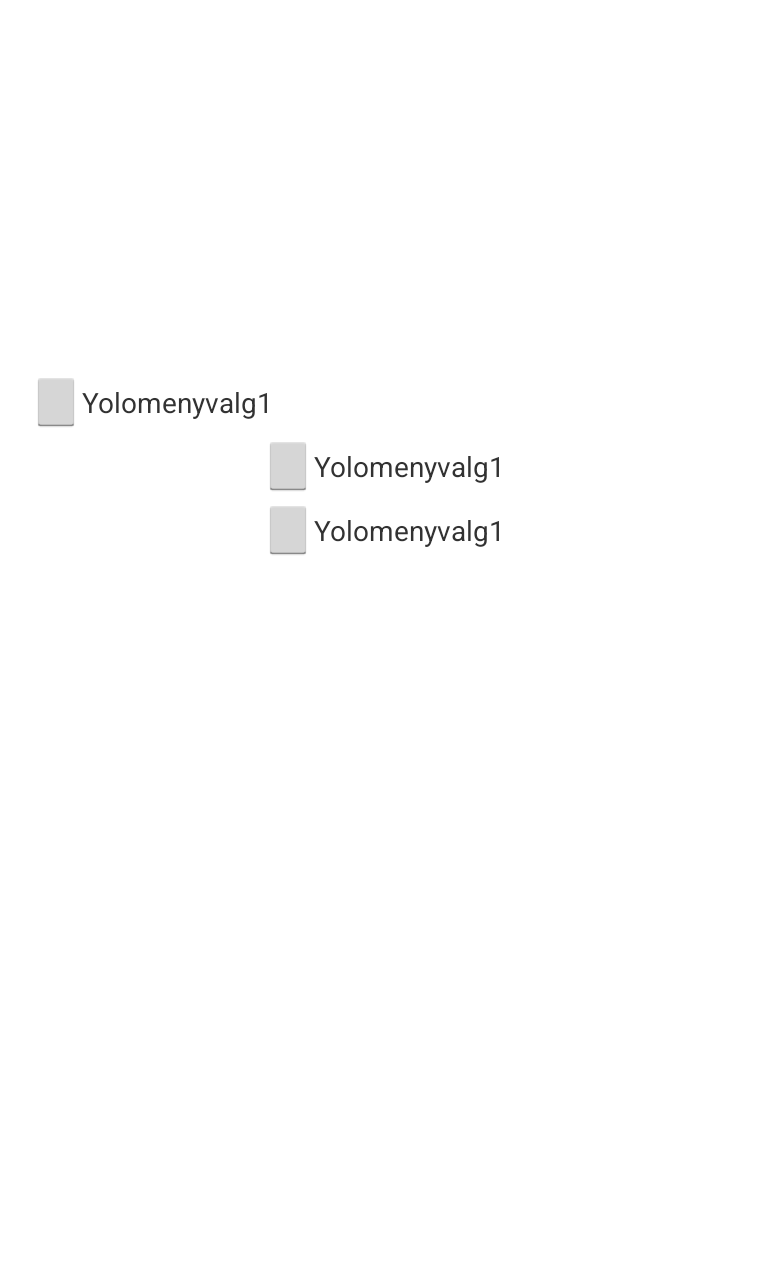
Repository: pumalove/workspace
Layout: MainActivity/res/layout/gridview.xml
The author's editor kept a copy of each file at every save. The layout is drawn from the files as they stood at one save, then again after the next save.
It is drawn on a 768 x 1280 px phone screen (xhdpi) without system bars, with theme AppTheme; the app's code is not run. Lists and similar views that code fills are empty.

Above is the layout before, as saved 2014-03-17 11:28:31.

### MainActivity/res/layout/gridview.xml
<?xml version="1.0" encoding="utf-8"?>
<LinearLayout xmlns:android="http://schemas.android.com/apk/res/android"
    android:layout_width="match_parent"
    android:layout_height="wrap_content"
    android:orientation="vertical"
    android:padding="15dp">

    <LinearLayout
        android:layout_marginBottom="20dp"
        android:layout_width="fill_parent"
        android:layout_height="wrap_content">

        <GridView
            android:id="@+id/gridview"
            android:layout_width="fill_parent"
            android:layout_height="150dp"
            android:columnWidth="90dp"
            android:numColumns="auto_fit"
            android:verticalSpacing="10dp"
            android:horizontalSpacing="10dp"
            android:stretchMode="columnWidth"
            android:gravity="center"
            />
	</LinearLayout>


    <LinearLayout
        android:id="@+id/linearlayout2"
        android:layout_width="fill_parent"
        android:layout_height="wrap_content"
        android:layout_gravity="center"
        android:orientation="vertical"
        android:layout_below="@id/gridview">

        <LinearLayout
            android:id="@+id/customButton1"
            android:layout_width="fill_parent"
            android:layout_height="wrap_content"
            android:orientation="horizontal"
            android:clickable="true"
            android:layout_gravity="left|center">


            <ImageButton
                android:id="@+id/imageButton"
                android:layout_width="wrap_content"
                android:layout_height="wrap_content"
                android:layout_gravity="left"
                />

            <TextView
                android:layout_width="wrap_content"
                android:layout_height="wrap_content"
                android:layout_gravity="center"
                android:gravity="center"
                android:text="Yolomenyvalg1"/>

            </LinearLayout>


        <LinearLayout
            android:id="@+id/customButton2"
            android:layout_width="fill_parent"
            android:layout_height="wrap_content"
            android:orientation="horizontal"
            android:gravity="center"
            android:clickable="true">

            <ImageButton
                android:layout_width="wrap_content"
                android:layout_height="wrap_content"
                android:id="@+id/imageButton2"
                android:layout_gravity="center"
                />

            <TextView
                android:layout_width="wrap_content"
                android:layout_height="wrap_content"
                android:text="Yolomenyvalg1"/>

        </LinearLayout>

        <LinearLayout
            android:id="@+id/customButton3"
            android:layout_width="fill_parent"
            android:layout_height="wrap_content"
            android:orientation="horizontal"
            android:gravity="center"
            android:clickable="true">

            <ImageButton
                android:layout_width="wrap_content"
                android:layout_height="wrap_content"
                android:id="@+id/imageButton3"
                android:layout_gravity="center"
                />

            <TextView
                android:layout_width="wrap_content"
                android:layout_height="wrap_content"
                android:text="Yolomenyvalg1"/>

        </LinearLayout>
    </LinearLayout>



</LinearLayout>

Loaded but not shown: MainActivity/res/values/styles.xml (common file); MainActivity/res/values-v11/styles.xml (common file); MainActivity/res/values-v14/styles.xml (common file)

After the next save:
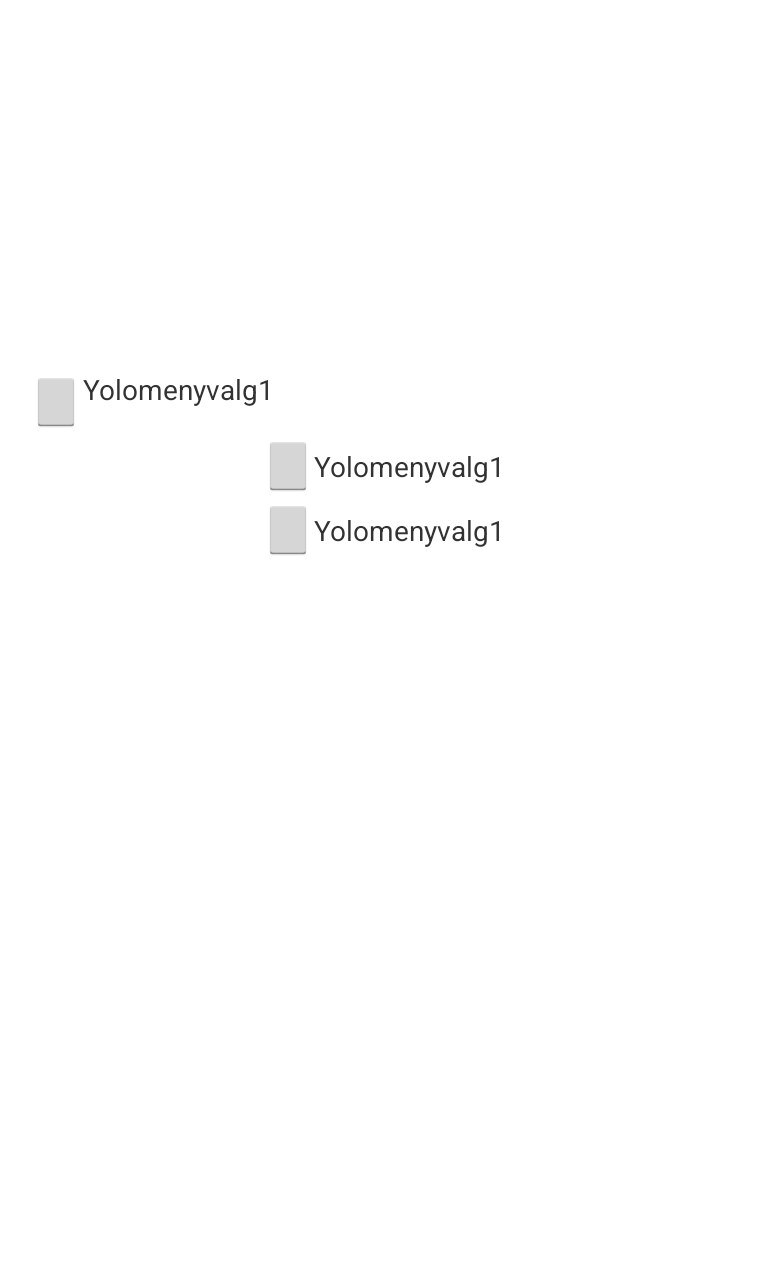
Saved 34 s later.
--- a/MainActivity/res/layout/gridview.xml
+++ b/MainActivity/res/layout/gridview.xml
@@ -51,8 +51,8 @@
             <TextView
                 android:layout_width="wrap_content"
                 android:layout_height="wrap_content"
-                android:layout_gravity="center"
-                android:gravity="center"
+                android:layout_gravity="right"
+                android:gravity="right"
                 android:text="Yolomenyvalg1"/>
 
             </LinearLayout>
